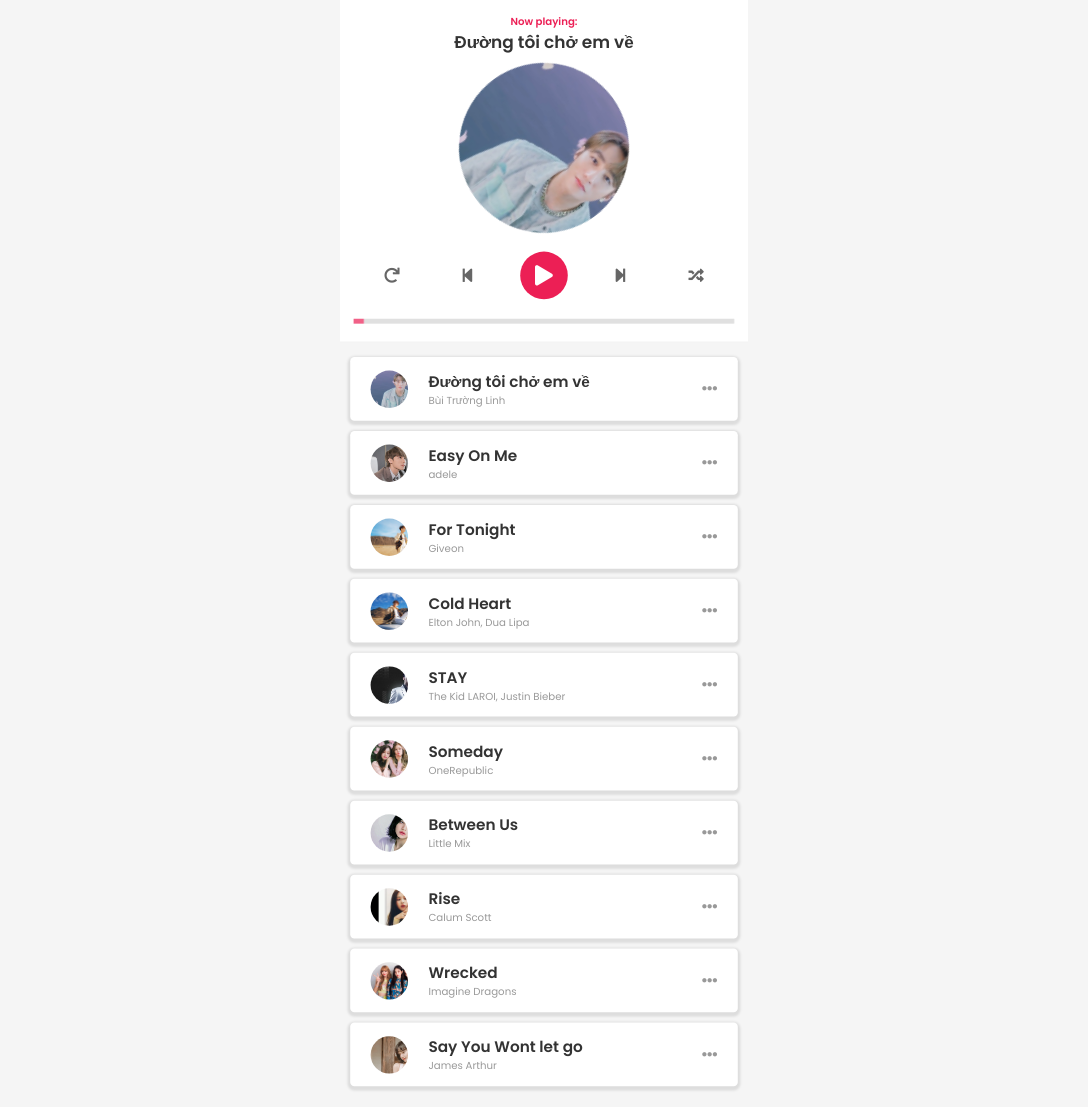
Repository: maivannhan1998/MusicPlayer.github.io
Page: index.html
These files come from the project's save history. The page is drawn as it stood at one moment and after the next save; the edit follows.
The browser window is 1280 px wide. The pictures show the whole page, at 85% of full size.
After loading, the first visible `div.btn-toggle-play` was clicked once.

Above is the page before, as saved 2021-11-10 23:59:39.

After the next save:
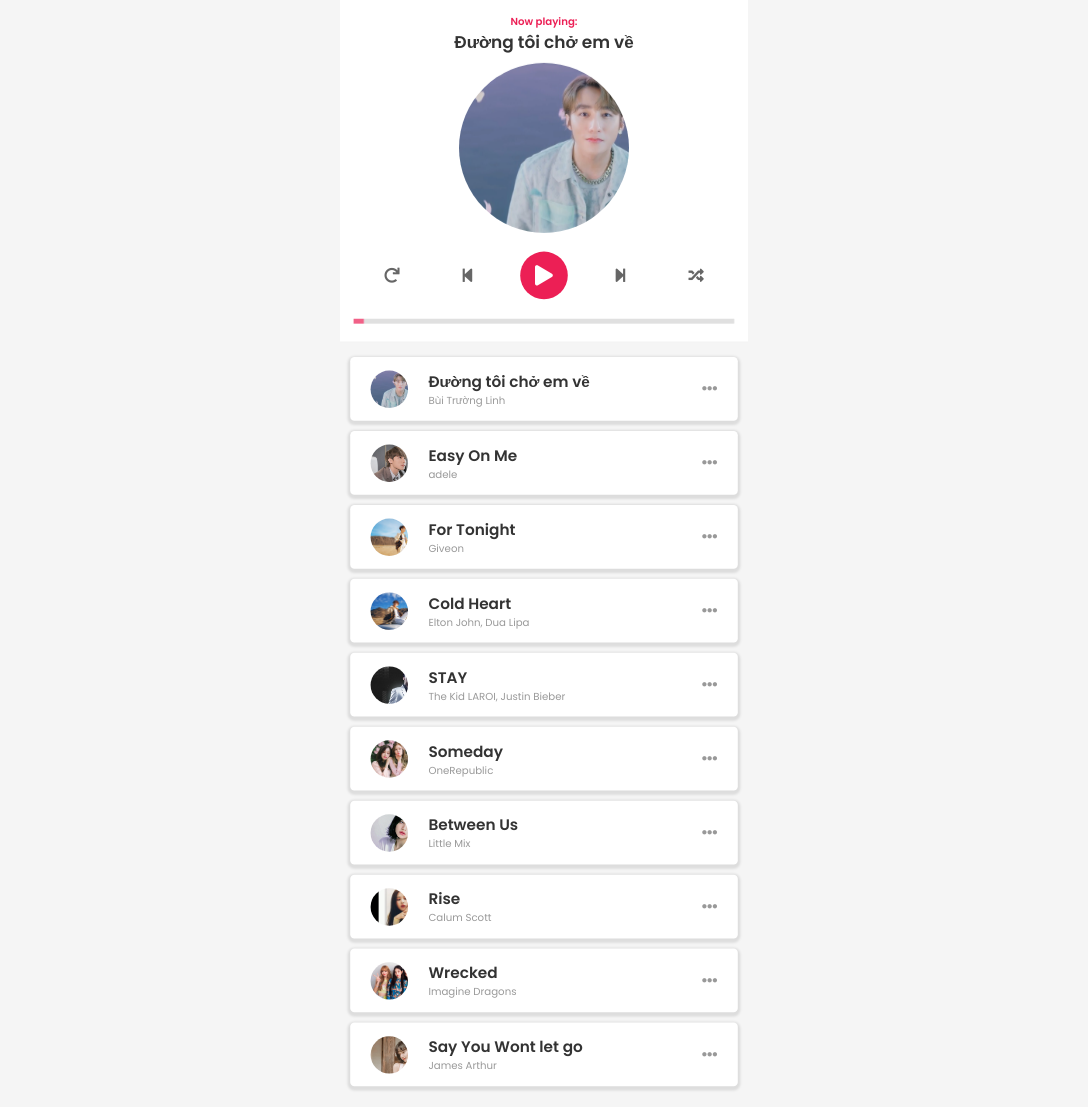
Saved 31 s later.
--- a/index.html
+++ b/index.html
@@ -197,19 +197,19 @@
             playBtn.onclick = function() {
                 if(app.isPlaying) {
                     audio.pause();
-                    cdAnimate.pause()
                 }
                 else{
                     audio.play();
-                    cdAnimate.play()
                 }
                 // when song is paused
                 audio.onpause = function() {
+                    cdAnimate.pause()
                     app.isPlaying =  false;
                     player.classList.remove('playing');
                 }
                 // when song is played
                 audio.onplay = function() {
+                    cdAnimate.play()
                     app.isPlaying = true;
                     player.classList.add('playing');
                 }
